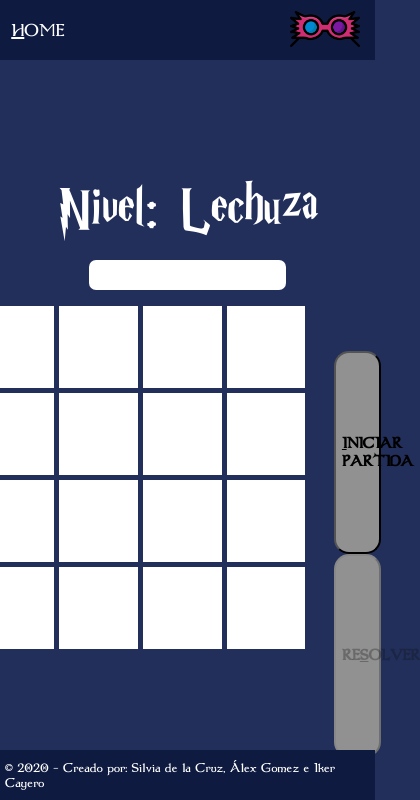
Repository: alexgomezdev/RavenclawSimon
Page: http://localhost/start.php
The author's editor kept a copy of each file at every save. The page is drawn from the files as they stood at one save, then again after the next save.
The browser window is 375 px wide. The page is 420 px wide, so the pictures cover 420 px, including what lies to the right of the window. The pictures show the whole page.
The page is run by PHP 8.4 with error messages shown; the project is at /var/www/html/.

Above is the page before, as saved 2020-11-10 21:56:46.

### start.php
<!DOCTYPE html>
<?php
session_start();
?>
<html lang="en">
<head>
    <meta charset="UTF-8">
    <meta name="viewport" content="width=device-width, initial-scale=1.0">
    <title>Ravenclaw Simon</title>
    <link rel="stylesheet" href="templates/lib.css">
    <link rel="stylesheet" href="templates/general.css">
    <link rel="stylesheet" href="templates/start.css">
    <audio id="start" src="templates/assets/audio/start.wav"></audio>
    <audio id="select" src="templates/assets/audio/select.mp3"></audio>
    <audio id="solve" src="templates/assets/audio/revelio.mp3"></audio>
    <script src="js/colorblind.js"></script>
</head>
<?php
    if (isset($_POST['colorblind_data'])) {
            $_SESSION['colorblind-data'] = $_POST['colorblind_data'];
        }
?>
<body id="body" <?php if (isset($_SESSION['colorblind-data']) && $_SESSION['colorblind-data'] == "True") {
            echo "class = 'body-blindcolor'";
        } else {
            echo "class = 'body'";
        } ?>>
    <header id="header" <?php if (isset($_SESSION['colorblind-data']) && $_SESSION['colorblind-data'] == "True") {
            echo "class = 'header-blindcolor'";
        } else {
            echo "class = 'header'";
        } ?>>
        <div id="home_link_div">
            <a href="index.php" id="home_link" accesskey="h"><underline class="accesskey">H</underline>OME</a>
        </div>
        <div class="colorblind_button_div" title="MODO DALTÓNICO" onclick="click_colorblind()">
            <img src="templates/assets/icono_daltonico.png" alt="Modo daltónico" id="colorblind_icon">
        </div>
    </header>
    <div id="show_name">
        <?php
        if (isset($_POST['username'])) {
            $username = $_POST['username'];
            if (isset($_SESSION['user']) && $_SESSION['user'] != $_POST['username']) {
                session_unset();
            }
            if (isset($_SESSION['user'])) {
                echo 'Jugador: ' . $_SESSION['user'];
            } else {
                $_SESSION['user'] = $username;

                echo 'Jugador: ' . $_SESSION['user'];
            }
        } else {
            if (isset($_SESSION['user'])) {
                echo 'Jugador: ' . $_SESSION['user'];
            }
        }
        if (isset($_SESSION['lvl'])) {
            if ( isset($_GET["do"]) && $_GET["do"] == "next") {
                $_SESSION['rankPoints'] = $_SESSION['rankPoints'] + 1000;
                $_SESSION['lvl'] = $_SESSION['lvl'] + 1;
            } else if (isset($_GET["do"]) && $_GET["do"] == "tryagain") {
                $_SESSION['rankPoints'] = $_SESSION['rankPoints'] - 50;
            }
        } else {
            $_SESSION['lvl'] = 0;
        }
        if (!isset($_SESSION['rankPoints'])) {
            $_SESSION['rankPoints'] = 1000;
        }
        $archivo = file('templates/config.txt');
        $nivel = explode(";", $archivo[$_SESSION['lvl']]);
        $filas = explode("x", $nivel[1]);
        $randArray = [];
        $randNum = [];
        $segons = $nivel[3] * 1000;
        echo "</br>Nivel: " . $nivel[0];
        ?>
        <script type="text/javascript">
            var segons = <?php echo $segons; ?>

        </script>
    </div>
    <div id="timer">
        <div id="progress">
            <div id="bar">
                <div id="label"></div>
            </div>
        </div>
    </div>
    <script src="js/playing.js"></script>
    <div class="maxwd just-cont-center ds-flex">
        <div class="table">
            <?php

            for ($m = 1; $m <= $nivel[2]; $m++) {
                $randNum = rand(0, ($filas[0] * $filas[1]) - 1);
                if (in_array($randNum, $randArray)) {
                    $m = $m - 1;
                } else {
                    array_push($randArray, $randNum);
                }
            }
            //echo "<PRE>" . print_r($_SESSION['lvl'], true) . "</PRE>";
            //0. NOM, 1. MATRIU, 2. PINTAR 3. SEGS, 4.CODI

            $cont = 0;
            //echo "<PRE>" . var_export($nivel, true) . "</PRE>";

            echo " <table class='tg'><tbody>";
            for ($i = 1; $i <= $filas[0]; $i++) {
                echo "<tr>";
                for ($x = 1; $x <= $filas[1]; $x++) {
                    if (in_array($cont, $randArray)) {
                        echo "<td class='tg plus'  id='. $cont . ' ' '></td>";
                        $cont = $cont + 1;
                    } else {
                        echo "<td class='tg' id='. $cont . ' '></td>";
                        $cont = $cont + 1;
                    }
                }
                echo "</tr>";
            }
            echo " </tbody> </table>";
            //echo "<PRE>" . print_r($filas, true) . "</PRE>";
            ?>
        </div>
               <div class=" ds-flex just-space-around">
            <div id="button_div">
                <button class="button_play" id="start_game_button" onclick="showNices(); updateClock(); move(); start()" accesskey="i">
                    <h3><underline class="accesskey">I</underline>NICIAR PARTIDA</h3>
                </button>
                <button class="button_play" id="solve_button" onclick="winorlose()" onmouseover="solve()" accesskey="s" disabled>
                    <h3>RE<underline class="accesskey">S</underline>OLVER</h3>
                </button>
            </div>
        </div>
    </div>
    <footer id="footer" <?php if (isset($_SESSION['colorblind-data']) && $_SESSION['colorblind-data'] == "True") {
            echo "class = 'footer-blindcolor'";
        } else {
            echo "class = 'footer'";
        } ?>>
        <div id="footer_content">
            &#0169 2020 - Creado por: Silvia de la Cruz, Álex Gomez e Iker Cayero
        </div>
    </footer>
</body>
</html>

### templates/config.txt
Lechuza;4x4;5;4;AA11
Duendecillo;4x4;7;3;AZ21
Centauro;4x4;8;2;BA3G
Trol;4x4;10;1;S7R
Hipogrifo;5x5;7;3;R67T
Gigante;5x5;10;3;78K5
Dementor;5x5;13;2;OPH0
Cancerbero;5x5;14;2;I796
Dragón;5x5;15;1;9UGG
Basilisco;6x6;16;2;6GPD

### templates/lib.css
.maxwd {
  width: 100%;
}

.ds-flex {
  display: flex;
}
.just-cont-center {
  justify-content: center;
}
.just-space-around {
  justify-content: space-around;
}

### templates/general.css
@font-face {
  font-family: "Harry_Potter";
  src: url("../templates/typography/HARRYP.TTF") format("truetype");
}

@font-face {
  font-family: "Dumbledore";
  src: url("../templates/typography/dumbledor.1.ttf") format("truetype");
}

html {
  min-height: 100%;
  position: relative;
}

body {
  font-family: "Dumbledore";
  background-color: #222f5b;
}

.body-blindcolor {
  background-color: #6c1ab2;
}

header {
  background-color: #0e1a40;
  top: 0;
  left: 0;
  position: fixed;
  width: 100%;
  height: 60px;
  display: flex;
}

.header-blindcolor {
  background-color: #2d044c;
}

#home_link_div {
  float: left;
  margin-left: 3%;
  padding-top: 9px;
  text-align: center;
  width: 10%;
  height: 100%;
  margin-right: none;
}

#home_link {
  display: flex;
  justify-content: center;
  align-items: center;
  color: #ffffff;
  font-size: 20px;
  text-decoration: none;
  width: min-content;
  height: 70%;
}

.colorblind_button_div {
  float: right;
  margin-right: 4%;
  width: 20%;
  text-align: center;
  height: 100%;
}

#colorblind_icon {
  float: right;
  justify-content: center;
  color: #ffffff;
  font-size: 20px;
  text-decoration: none;
  padding-top: 11px;
  height: 60%;
  cursor: pointer;
}

#title {
  color: #ffffff;
  font-family: "Harry_Potter";
  font-size: 60px;
  width: 100%;
  text-align: center;
  margin-top: 120px;
}

underline {
  text-decoration: underline;
}
main {
  width: 100%;
}

footer {
  color: #ffffff;
  background-color: #0e1a40;
  bottom: 0;
  left: 0;
  position: absolute;
  width: 100%;
  height: 3%;
  display: flex;
  padding-top: 10px;
  clear: both;
}

.footer-blindcolor {
  background-color: #2d044c;
}

#footer_content {
  margin-left: 5px;
  color: #ffffff;
  font-size: 20px;
  vertical-align: center;
  height: 60%;
}

@media (max-width: 800px) {
  #home_link_div {
    width: 15%;
  }
}

@media (max-width: 500px) {
  #home_link_div {
    width: 25%;
  }
}

### templates/start.css
.tg {
  border-collapse: collapse;
  border-width: 5px;
  width: 400px;
  height: 90px;
  background-color: white;
  border-style: solid;
  border-color: #222f5b;
}

#show_name {
  color: #ffffff;
  font-family: "Harry_Potter";
  font-size: 60px;
  width: 100%;
  text-align: center;
  margin-top: 120px;
  margin-bottom: 20px;
}

table {
  width: 100%;
  margin: 0 auto;
}

.nice {
  background-color: #946b2d;
}

#button_div {
  display: inline-block;
  margin-top: 50px;
  margin-bottom: 100px;
  text-align: center;
  width: 100%;
}

.button_play {
  border-radius: 15px;
  background-color: #919191;
  font-family: "Dumbledore";
  font-size: 20px;
  width: 15%;
  height: 100%;
}

.button_play:hover {
  color: #5d5d5d;
  background-color: #ffffff;
}

#timer {
  font-family: "Harry_Potter";
  color: white;
  width: 100%;
}
#timer {
  text-align: center;
  margin-top: 2%;
  font-size: 25px;
  font-family: "Harry_Potter";
  color: white;
}

#progress {
  position: relative;
  width: 20%;
  height: 30px;
  background-color: #ffffff;
  margin: 0 auto;
  margin-bottom: 2%;
  border-radius: 7px;
}
#bar {
  position: absolute;
  width: 0%;
  height: 100%;
  background-color: #946b2d;
  border-radius: 5px;
}
#label {
  padding-top: 3px;
}

.colorblind_button_div {
  width: 90%;
}

@media (max-width: 1340px) {
  .button_play {
    width: 20%;
  }
}

@media (max-width: 1200px) {
  #progress {
    width: 20%;
  }
}
@media (max-width: 1020px) {
  #progress {
    width: 30%;
    margin-bottom: 3%;
  }
  .button_play {
    width: 25%;
  }
}

@media (max-width: 900px) {
  #progress {
    width: 30%;
    margin-bottom: 3%;
  }
  .button_play {
    width: 30%;
  }
}
@media (max-width: 900px) {
  .button_play {
    font-size: 15px;
  }
}

@media (max-width: 700px) {
  #progress {
    width: 35%;
    margin-bottom: 3%;
  }
}
@media (max-width: 630px) {
  #progress {
    width: 40%;
    margin-bottom: 3%;
  }
  .button_play {
    width: 35%;
  }
}
@media (max-width: 530px) {
  #progress {
    width: 45%;
    margin: 0 auto;
    margin-bottom: 3%;
  }
  footer {
    height: 5%;
  }
  #footer_content {
    font-size: 15px;
  }
}

@media (max-width: 460px) {
  #progress {
    margin-bottom: 3%;
    width: 45%;
  }
  .button_play {
    width: 40%;
  }
}

@media (max-width: 410px) {
  #progress {
    margin-bottom: 3%;
    width: 55%;
  }
  .tg {
    width: 340px;
    height: 80px;
  }
  .button_play {
    width: 50%;
  }
}

### js/colorblind.js
var daltonico = 0;


function click_colorblind() {
    if (daltonico == 0) {
        daltonico = 1;
        change_colorblind(daltonico);
    } else {
        daltonico = 0;
        change_colorblind(daltonico);
    }
}

function change_colorblind(id) {
    change_body(id);
    change_header(id);
    change_footer(id);
}

function change_body (id){
    if (id == 1) {
        document.getElementById("body").removeAttribute("class");
        document.getElementById("body").setAttribute("class", "body-blindcolor");
    } else {
        document.getElementById("body").removeAttribute("class", "body-blindcolor");
        document.getElementById("body").setAttribute("class", "body");
    }
}

function change_header (id){
    if (id == 1) {
        document.getElementById("header").removeAttribute("class");
        document.getElementById("header").setAttribute("class", "header-blindcolor");
    } else {
        document.getElementById("header").removeAttribute("class", "header-blindcolor");
        document.getElementById("header").setAttribute("class", "header");
    }
}

function change_footer (id){
    if (id == 1) {
        document.getElementById("footer").removeAttribute("class");
        document.getElementById("footer").setAttribute("class", "footer-blindcolor");
    } else {
        document.getElementById("footer").removeAttribute("class", "footer-blindcolor");
        document.getElementById("footer").setAttribute("class", "footer");
    }
}

### js/playing.js
var tdscorrects = document.getElementsByClassName('plus');
function hideNices (){
    for (const key of tdscorrects) {
        key.classList.remove('nice');
    }
    document.getElementById("solve_button").removeAttribute('disabled');
    var clickable = document.getElementsByClassName('tg');
    var clickable = document.getElementsByClassName('tg');
    for (const x of clickable) {
        x.setAttribute('onclick', 'choose(this.id)');
    }
    startTime =new Date();
    document.getElementById("start_game_button").setAttribute('disabled', false);
};
function showNices(){
    for (const x of tdscorrects) {
            x.classList.add('nice');
        }
    setTimeout(hideNices,segons)
};

function choose(id) {
    var elem = document.getElementById(id);
    if (elem.classList.contains('nice')){
        elem.classList.remove('nice');
    }else{
        elem.classList.add('nice');
    }
    document.getElementById('select').play();
};

function winorlose() {
    endTime = new Date();
    var intervalTime = endTime - startTime ;
    intervalTime = intervalTime/100;
    timeToReturn = Math.round(intervalTime);
    var playResut = document.getElementsByClassName('plus nice');
    var contNice = document.getElementsByClassName('nice')
    if ((contNice.length == tdscorrects.length) && ((playResut.length == tdscorrects.length)) ){
        window.open("success.php?tiempo="+timeToReturn, "_self");
    }else{
        window.open("gameOver.php", "_self");
    }
};

function start() {
    document.getElementById('start').play();
};

function solve() {
    document.getElementById('solve').play();
};

var totalTime = segons /1000;

function move() {
    var elem = document.getElementById("bar");
    var width = 0;
    var id = setInterval(frame, segons/100);
    function frame() {
      if (width >= 100) {
        clearInterval(id);
      } else {
        width++;
        elem.style.width = width + '%';
      }//
    }
}

function updateClock() {
    document.getElementById('label').innerHTML = totalTime;
    if(totalTime==0){

    }else{
        totalTime-=1;
        setTimeout("updateClock(totalTime)",1000);
    }
}

After the next save:
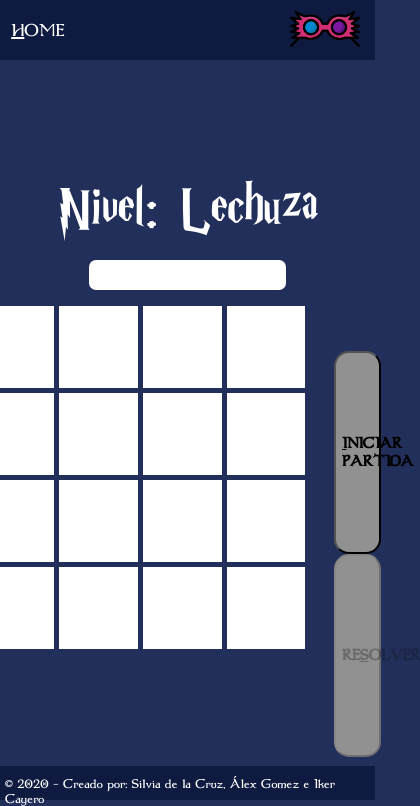
Saved 29 s later.
--- a/templates/start.css
+++ b/templates/start.css
@@ -143,9 +143,7 @@
     margin: 0 auto;
     margin-bottom: 3%;
   }
-  footer {
-    height: 5%;
-  }
+
   #footer_content {
     font-size: 15px;
   }
